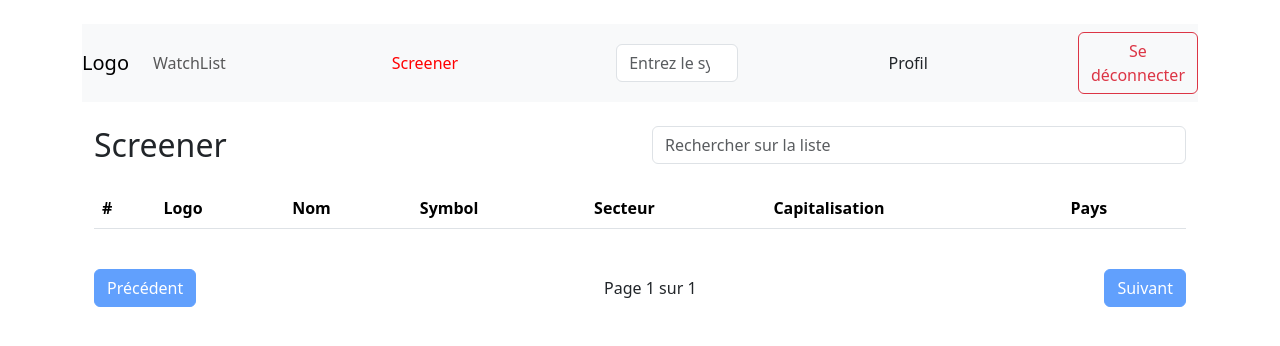
Repository: adamaadev/comeup
Page: /screener (app in client/)
The author's editor kept a copy of each file at every save. The page is drawn from the files as they stood at one save, then again after the next save.
The browser window is 1280 px wide. The pictures show the whole page.
The page's requests for data from a server got no answer. The project was rebuilt for these pictures with package versions that can differ from the ones it lists, and the page was loaded fresh each time. No one was signed in, and anything a server would have sent is missing. Also part of the build but not shown: client/src/pages/Auth/Forget.js, client/src/pages/Auth/Signin.js, client/src/pages/Home/Watchlist.js, client/src/pages/Home/Setting.js, client/src/pages/Home/Infos.js, client/src/pages/Home/Questions.js, client/src/pages/Home/Foire.js, client/src/pages/Home/Analyse.js and 6 more. Imported but missing from the stored project, and not drawn on this page: client/src/pages/Auth/Signup.

Above is the page before, as saved 2024-07-17 11:10:49.

### client/public/index.html
<!DOCTYPE html>
<html lang="en">
  <head>
    <meta charset="utf-8" />
    <link rel="icon" href="%PUBLIC_URL%/logo.jpg" />
    <meta name="viewport" content="width=device-width, initial-scale=1" />
    <meta name="theme-color" content="#000000" />
    <meta name="description" content="Web site created using create-react-app" />
    <title>React App</title>
  </head>
  <body>
    <div id="root"></div>
  </body>
</html>

### client/src/index.js
import React from "react";
import './App.css';
import App from "./App";
import ReactDOM from "react-dom/client";
import '../node_modules/bootstrap/dist/css/bootstrap.min.css';
import '../node_modules/bootstrap/dist/js/bootstrap.bundle.min';
const root = ReactDOM.createRoot(document.getElementById("root"));
root.render(
    <App />
);

### client/src/App.css
.active{
    color: red !important;
}

a , form{
    margin-right: 150px;
}

td{
    cursor: pointer;
}

.card-header div{
    display: inline-block !important;
}

.card-header div:nth-child(2) button{
    margin-left: 36rem;
}

/* Setting.css */
.modal-open {
    overflow: hidden;
  }

  .modal.show {
    animation: fadeIn 0.5s;
  }

  @keyframes fadeIn {
    from {
      opacity: 0;
    }
    to {
      opacity: 1;
    }
  }

  .modal.show .modal-dialog {
    transform: translateY(-100%);
    animation: slideDown 0.5s forwards;
  }

  @keyframes slideDown {
    to {
      transform: translateY(0);
    }
  }

  /* Styles pour le pop-up et l'animation */
.popup-overlay {
  position: fixed;
  top: 0;
  left: 0;
  right: 0;
  bottom: 0;
  background-color: rgba(0, 0, 0, 0.5);
  display: flex;
  justify-content: center;
  align-items: center;
  opacity: 1;
  visibility: visible;
  transition: opacity 0.5s ease-in-out;
}

.popup-content {
  background-color: #fff;
  padding: 20px;
  border-radius: 8px;
  text-align: center;
  transform: scale(0.7);
  animation: popupAnimation 0.3s forwards;
}

@keyframes popupAnimation {
  from {
    transform: scale(0.7);
  }
  to {
    transform: scale(1);
  }
}

/* Setting.css */
.modal-body.slide-in {
  animation: slide-in 0.5s ease-out;
}

@keyframes slide-in {
  from {
    transform: translateY(100%);
    opacity: 0;
  }
  to {
    transform: translateY(0);
    opacity: 1;
  }
}

.modal-backdrop.show {
  opacity: 0.5;
}

.chart-wrapper {
  position: relative;
  height: 400px;
  width: 100%;
}

.progress{
  height: 15px !important;
  width: 50px;
}

img{
  background-color: black;
}

### client/src/App.jsx
import { useEffect, useState } from "react";
import axios from "axios";
import Forget from "./pages/Auth/Forget";
import Home from "./pages/Home/Home";
import Signin from "./pages/Auth/Signin";
import Signup from "./pages/Auth/Signup";
import Watchlist from "./pages/Home/Watchlist";
import Screener from "./pages/Home/Screener";
import Setting from './pages/Home/Setting';
import Details from "./pages/Home/Details";
import Dashboard from './pages/Home/Dashboard';
import Abonnement from "./pages/Home/Abonnement";
import Checkout from "./pages/Home/Checkout";
import Otp from "./pages/Auth/Otp";
import Recovery from "./pages/Auth/Recovery";
import { BrowserRouter, Routes, Route, Navigate } from "react-router-dom";

export default function App() {
  const [auth, setauth] = useState(false);

  axios.defaults.withCredentials = true;
  useEffect(() => {
    axios.get('http://localhost:4000/').then(res => {
      if (res.data.success) {
        setauth(true);
      }
    });
  }, []);

  return (
    <BrowserRouter>
      <Routes>
        <Route path="/" element={<Home />}>
          <Route path="/" element={<Dashboard />} />
          <Route path="watchlist" element={<Watchlist />} />
          <Route path="screener" element={<Screener />} />
          <Route path="details/:symbol" element={<Details />} />
          <Route path="setting" element={<Setting />}/>
        </Route>
        <Route path="/abonnement" element ={<Abonnement/>}/>
        <Route path="/checkout" element = {<Checkout/>} />
        <Route path="/code" element = {<Otp/>} />
        <Route path="/signin" element={<Signin />} />
        <Route path="/signup" element={auth ? <Navigate to="/" /> : <Signup />} />
        <Route path="/forget" element={<Forget />} />
        <Route path="/recovery" element = {<Recovery/>}/>
        <Route path="*" element={auth ? <Navigate to="/" /> : <Navigate to="/signin" />} />
      </Routes>
    </BrowserRouter>
  );
}

### client/src/pages/Home/Home.js
import axios from "axios";
import React, { useEffect, useState } from "react";
import { NavLink, Link, Outlet, useNavigate } from "react-router-dom";

export default function Home() {
  const [id, setId] = useState();
  const navigate = useNavigate();
  const [state, setState] = useState('');
  const [suggestions, setSuggestions] = useState([]);

  useEffect(() => {
    axios.get('http://localhost:4000/')
      .then(res => {
        if (res.data.status === 'false') {
          navigate('/abonnement')
        } else {
          if (res.data.success) {
            setId(res.data.id);
          } else {
            navigate('/signin');
          }
        }
      });
  }, [navigate]);

  const handleLogout = () => {
    axios.get('http://localhost:4000/logoutuser')
      .then(res => {
        if (res.data.success) {
          window.location.reload(true);
        }
      });
  };

  return (
    <div className="container mt-4 position-relative">
      <header>
        <nav className="navbar navbar-expand-lg navbar-light bg-light">
          <NavLink className="navbar-brand" to="/">Logo</NavLink>
          <button className="navbar-toggler" type="button" data-toggle="collapse" data-target="#navbarNav" aria-controls="navbarNav" aria-expanded="false" aria-label="Toggle navigation">
            <span className="navbar-toggler-icon"></span>
          </button>
          <div className="collapse navbar-collapse" id="navbarNav">
            <ul className="navbar-nav mr-auto">
              <li className="nav-item">
                <NavLink className="nav-link" to="/watchlist">WatchList</NavLink>
              </li>
              <li className="nav-item">
                <NavLink className="nav-link" to="/screener">Screener</NavLink>
              </li>
            </ul>
            <form className="form-inline my-2 my-lg-0">
              <input className="form-control mr-sm-2" type="search" placeholder="Entrez le symbole ou nom" value={state} onChange={(e) => setState(e.target.value)} />
            </form>
            <NavLink className="nav-link" to="/setting">Profil</NavLink>
            <button className="btn btn-outline-danger my-2 my-sm-0 ml-2" onClick={handleLogout}>Se déconnecter</button>
          </div>
        </nav>
      </header>
      <ul className="list-group mt-3 position-absolute w-100" style={{ zIndex: 1000 }}>
        {suggestions.map((company) => (
          <li key={company.symbol} className="list-group-item">
            <Link to={`/details/${company.symbol}`} onClick={() => setState('')}>
              {company.name} ({company.symbol})
            </Link>
          </li>
        ))}
      </ul>
      <Outlet />
    </div>
  );
}

### client/src/pages/Home/Screener.js
import axios from 'axios';
import { useState, useEffect } from 'react';
import 'bootstrap/dist/css/bootstrap.min.css';

export default function Screener() {
  const [infos, setInfos] = useState([]);
  const [filteredInfos, setFilteredInfos] = useState([]);
  const [page, setPage] = useState(1);
  const [totalPages, setTotalPages] = useState(1);
  const [query, setQuery] = useState('');
  const [countryMapping, setCountryMapping] = useState({});

  useEffect(() => {
    fetchCountryNames();
    fetchRandomCompanies();
  }, [page]);

  const fetchCountryNames = async () => {
    try {
      const res = await axios.get('https://restcountries.com/v3.1/all');
      const mapping = {};
      res.data.forEach(country => {
        const code = country.cca2;
        const name = country.name.common;
        mapping[code] = name;
      });
      setCountryMapping(mapping);
    } catch (error) {

    }
  };

  const fetchRandomCompanies = () => {
    axios.get(`http://localhost:4000/listcompany/random?page=${page}&limit=10`)
      .then(res => {
        setInfos(res.data.data);
        setFilteredInfos(res.data.data);
        setTotalPages(res.data.totalPages);
      })
      .catch(error => console.error('Error fetching companies:', error));
  };

  const handleInputChange = (e) => {
    const value = e.target.value;
    setQuery(value);

    axios.get(`http://localhost:4000/search?query=${value}`)
      .then(res => {
        setFilteredInfos(res.data);
      })
      .catch(error => console.error('Error searching companies:', error));
  };

  const formatNumber = (num) => {
    if (num >= 1e9) {
      return (num / 1e9).toFixed(3);
    } else if (num >= 1e6) {
      return (num / 1e6).toFixed(3);
    } else if (num >= 1e3) {
      return (num / 1e3).toFixed(4);
    }
    return num;
  };

  const getFullCountryName = (code) => {
    return countryMapping[code] || code;
  };

  return (
    <div className="container mt-4">
      <div className="row align-items-center mb-4">
        <div className="col-md-6">
          <h2 className="mb-0">Screener</h2>
        </div>
        <div className="col-md-6">
          <input
            type="text"
            className="form-control"
            placeholder="Rechercher sur la liste"
            value={query}
            onChange={handleInputChange}
          />
        </div>
      </div>
      <div className="table-responsive">
        <table className="table table-striped table-hover">
          <thead className="thead-dark">
            <tr>
              <th>#</th>
              <th>Logo</th>
              <th>Nom</th>
              <th>Symbol</th>
              <th>Secteur</th>
              <th>Capitalisation</th>
              <th>Pays</th>
            </tr>
          </thead>
          <tbody style={{ maxHeight: '400px', overflowY: 'auto' }}>
            {filteredInfos.map((company, index) => (
              <tr key={company.id} onClick={() => window.open(`/details/${company.symbol}`, '_blank')}>
                <td>{index + 1}</td>
                <td><img src={company.logo} alt={company.nom} style={{ maxWidth: '50px', height: 'auto' }} /></td>
                <td>{company.nom}</td>
                <td>{company.symbol}</td>
                <td>{company.secteur}</td>
                <td>{formatNumber(company.capitalisation)}</td>
                <td>{getFullCountryName(company.pays)}</td>
              </tr>
            ))}
          </tbody>
        </table>
      </div>
      <div className="d-flex justify-content-between align-items-center mt-4">
        <button
          className="btn btn-primary"
          onClick={() => setPage(page - 1)}
          disabled={page === 1}>
          Précédent
        </button>
        <span>Page {page} sur {totalPages}</span>
        <button
          className="btn btn-primary"
          onClick={() => setPage(page + 1)}
          disabled={page === totalPages}>
          Suivant
        </button>
      </div>
    </div>
  );
}

After the next save:
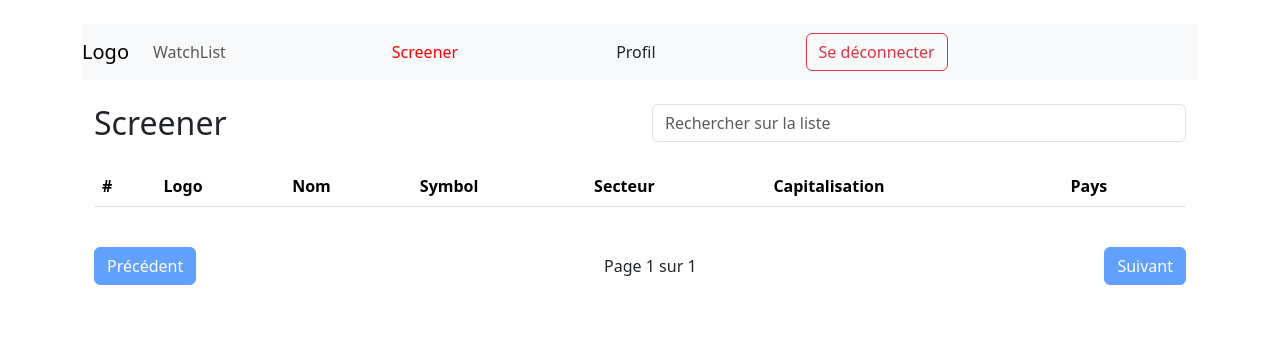
Saved 17 s later.
--- a/client/src/pages/Home/Home.js
+++ b/client/src/pages/Home/Home.js
@@ -49,9 +49,6 @@ export default function Home() {
                 <NavLink className="nav-link" to="/screener">Screener</NavLink>
               </li>
             </ul>
-            <form className="form-inline my-2 my-lg-0">
-              <input className="form-control mr-sm-2" type="search" placeholder="Entrez le symbole ou nom" value={state} onChange={(e) => setState(e.target.value)} />
-            </form>
             <NavLink className="nav-link" to="/setting">Profil</NavLink>
             <button className="btn btn-outline-danger my-2 my-sm-0 ml-2" onClick={handleLogout}>Se déconnecter</button>
           </div>
